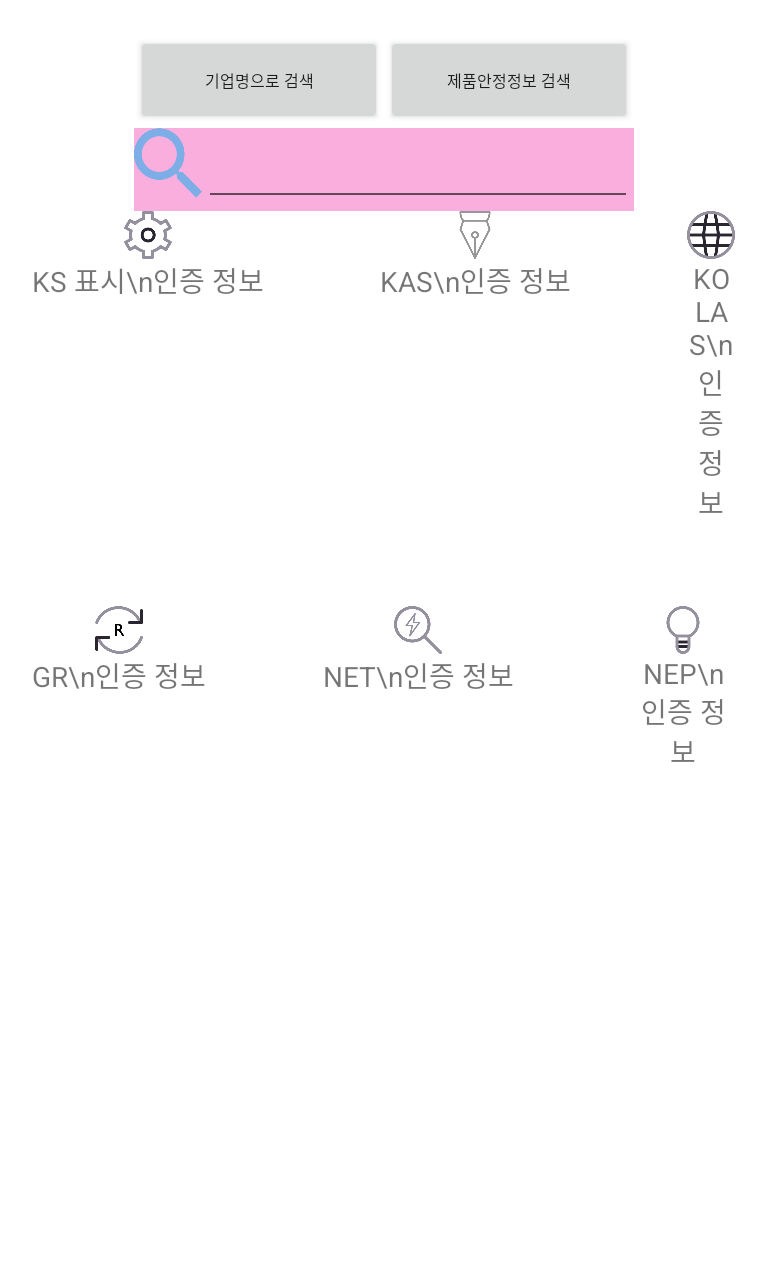
Repository: team-peony/ccfinder
Layout: android/CertifiedCompanyFinder/res/layout/fragment_main.xml
An editor plug-in stored every save of this project. The layout is shown before and after the next save, followed by the edit.
It is drawn on a 768 x 1280 px phone screen (xhdpi) without system bars, with theme AppTheme; the app's code is not run.

Above is the layout before, as saved 2015-02-18 17:06:51.

After the next save:
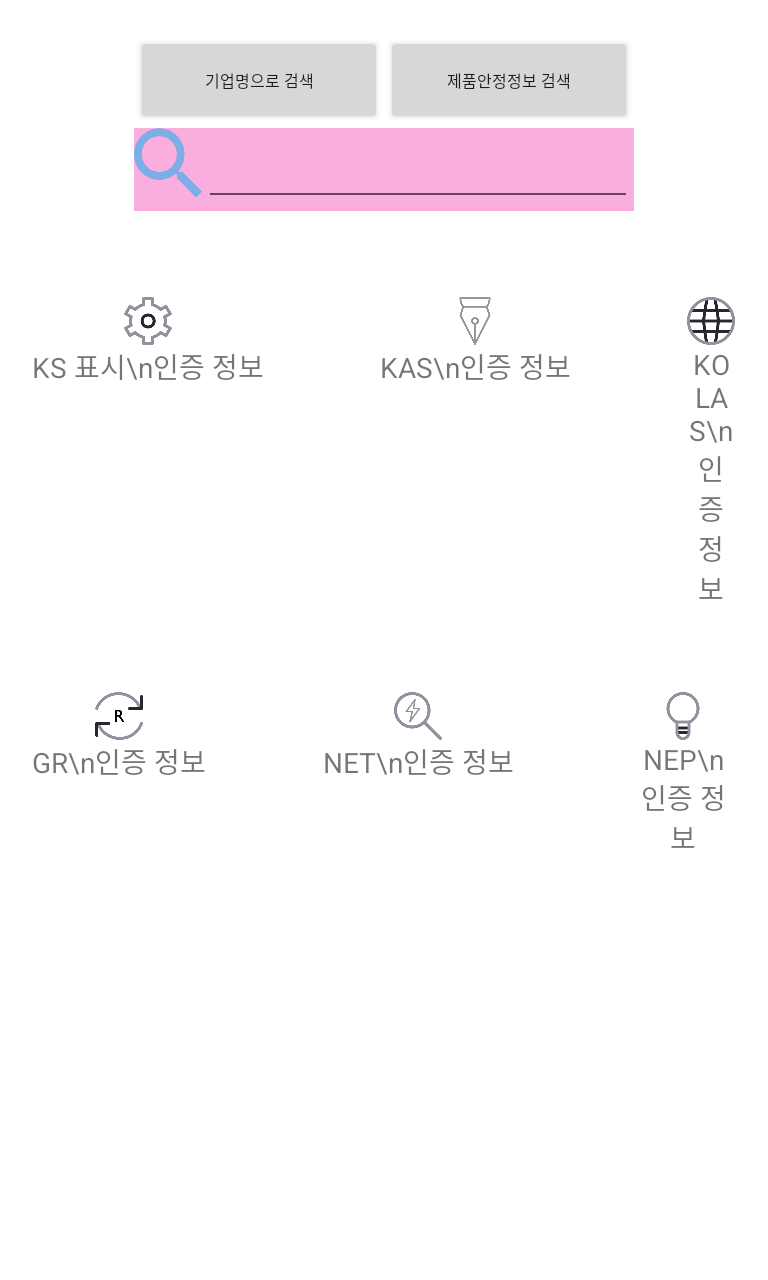
Saved 25 s later.
--- a/android/CertifiedCompanyFinder/res/layout/fragment_main.xml
+++ b/android/CertifiedCompanyFinder/res/layout/fragment_main.xml
@@ -66,10 +66,11 @@
         android:id="@+id/main_llCategories"
         android:layout_width="wrap_content"
         android:layout_height="wrap_content"
+        android:layout_marginTop="43dp"
         android:orientation="vertical"
         android:layout_centerHorizontal="true"
         android:layout_below="@id/main_llSearch">
-
+        <!-- 카테고리 상단 -->
         <LinearLayout
             android:layout_width="wrap_content"
             android:layout_height="wrap_content"
